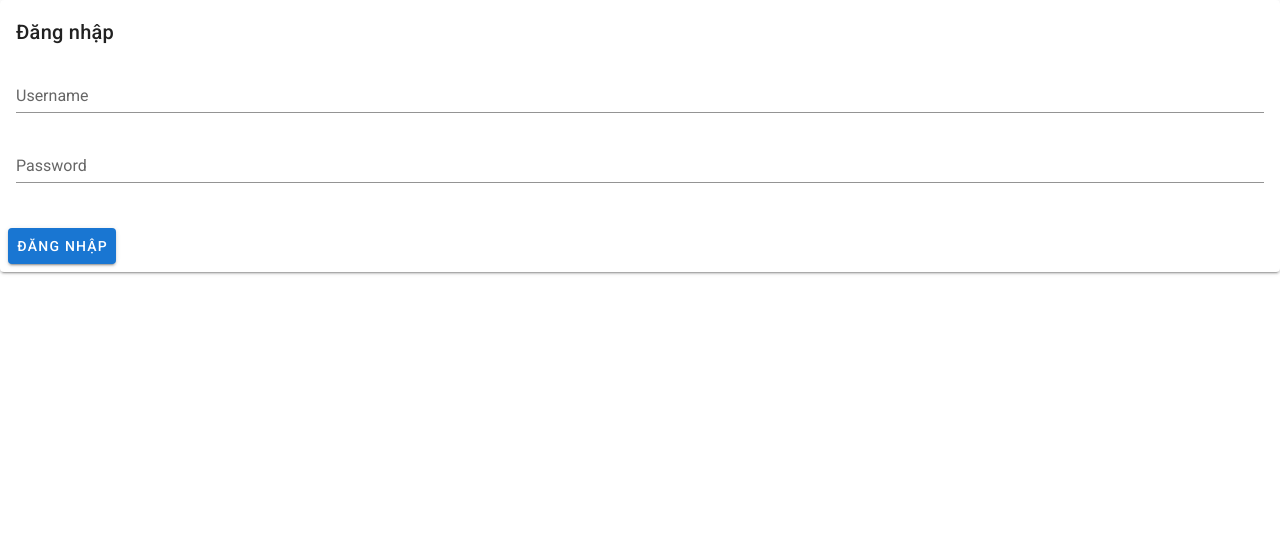
Repository: thaibinhblack/demo
Page: /
The author's editor kept a copy of each file at every save. The page is drawn from the files as they stood at one save, then again after the next save.
The browser window is 1280 px wide. The pictures show the whole page.
The project was rebuilt for these pictures with package versions that can differ from the ones it lists, and the page was loaded fresh each time. Also part of the build but not shown: vue.config.js.

Above is the page before, as saved 2019-11-02 18:37:13.

After the next save:
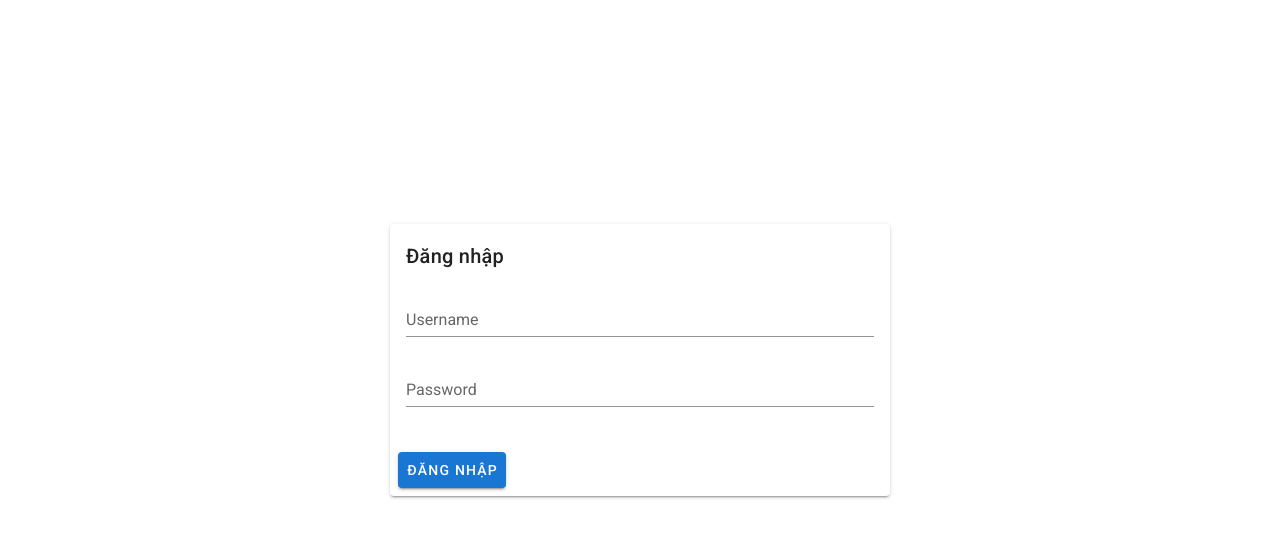
Saved 58 s later.
--- a/src/pages/index.vue
+++ b/src/pages/index.vue
@@ -1,6 +1,6 @@
 <template>
 <div id="page-login">
-    <v-card>
+    <v-card class="form-login">
         <v-card-title primary-title>
             <span>Đăng nhập</span>
         </v-card-title>
@@ -39,3 +39,7 @@ export default {
     }
 }
 </script>
+
+<style scoped>
+.form-login {width: 500px;position: absolute;top: 50%;left: 50%;transform: translate(-50%,-50%)}
+</style>
